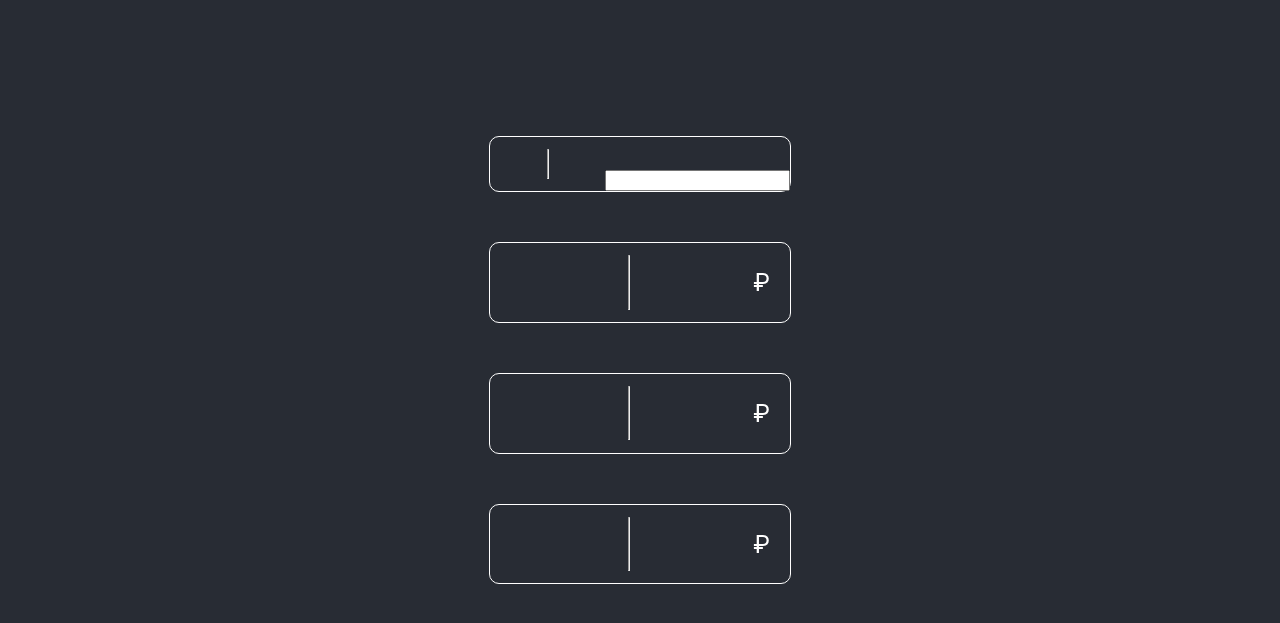
Repository: bandikost/capers
Page: /main
The author's editor kept a copy of each file at every save. The page is drawn from the files as they stood at one save, then again after the next save.
The browser window is 1280 px wide. The pictures show the whole page.
The page's requests for data from a server got no answer. The project was rebuilt for these pictures with package versions that can differ from the ones it lists, and the page was loaded fresh each time. No one was signed in, and anything a server would have sent is missing.

Above is the page before, as saved 2023-04-10 12:52:58.

After the next save:
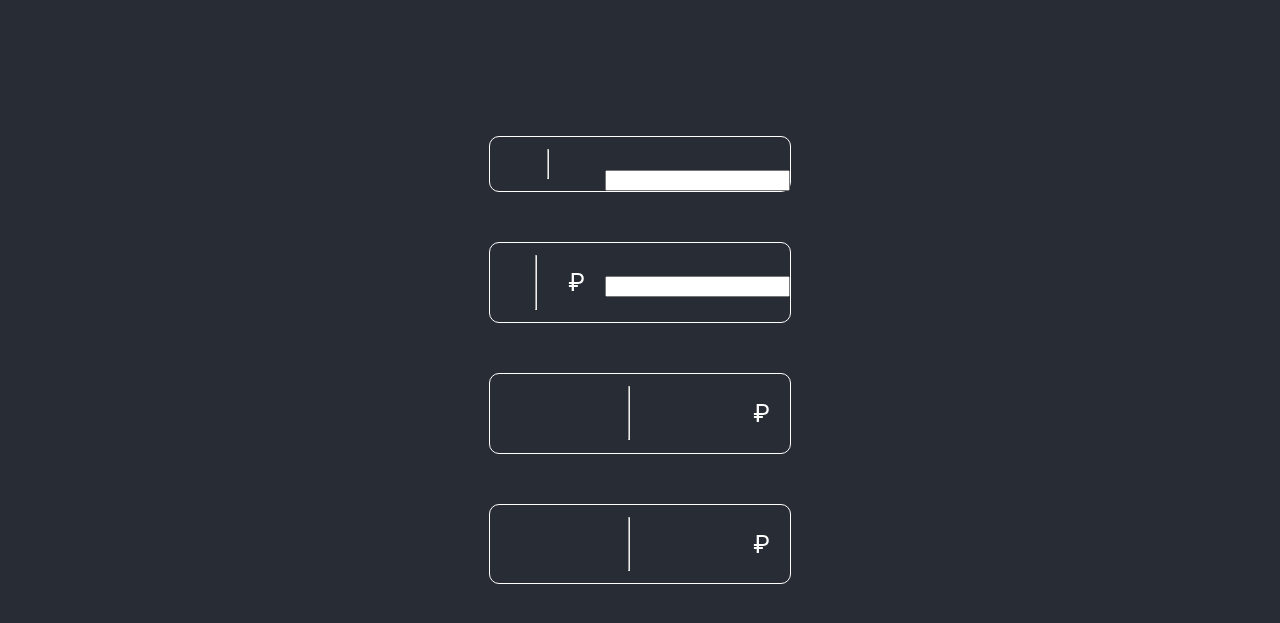
Saved 28 s later.
--- a/src/components/Main.jsx
+++ b/src/components/Main.jsx
@@ -45,6 +45,7 @@ export const Main = () => {
         <p>{name.user2}</p>
         <hr />
         <p>{balance.user2}<span style={{marginLeft: "5px"}}>₽</span></p>
+        <UserInput userId="user2" name={name.user2} balance={balance.user2} />
       </div>
       <div className="cell">
         <p>{name.user3}</p>
